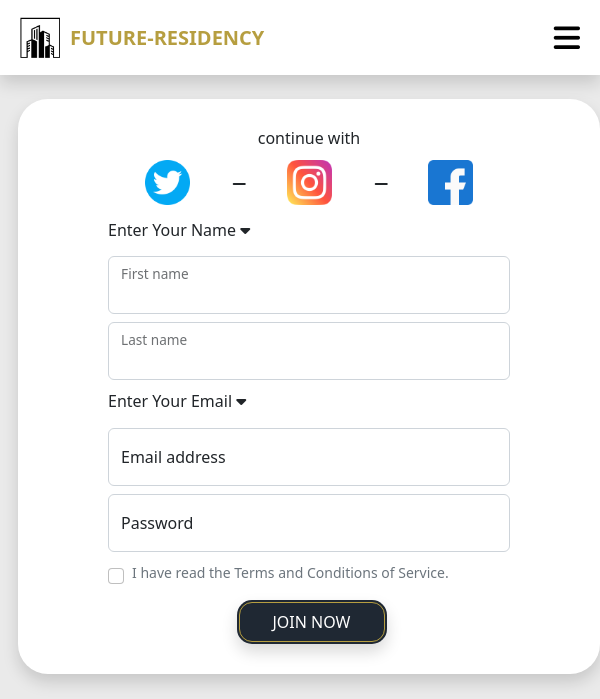
Repository: pyaestk/Future-residency
Page: join.html
These files come from the project's save history. The page is drawn as it stood at one moment and after the next save; the edit follows.
The browser window is 600 px wide. The pictures show the part of the page from y = 0 to 699 px (the page is 1871 px tall).
Pictures or frames that could not be fetched are drawn as grey boxes.

Above is the page before, as saved 2022-12-15 14:58:56.

After the next save:
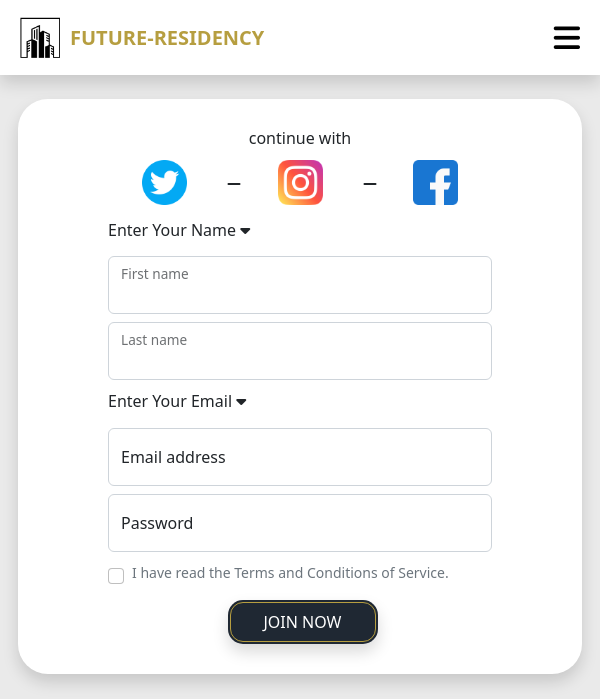
Saved 70 s later.
--- a/styleMobileview.css
+++ b/styleMobileview.css
@@ -223,6 +223,7 @@
   /* sign in page */
   .login-form{
     min-height: 60vh;
+    margin-right: 18px;
   }
   .login-video{
     margin-top: 25px;
